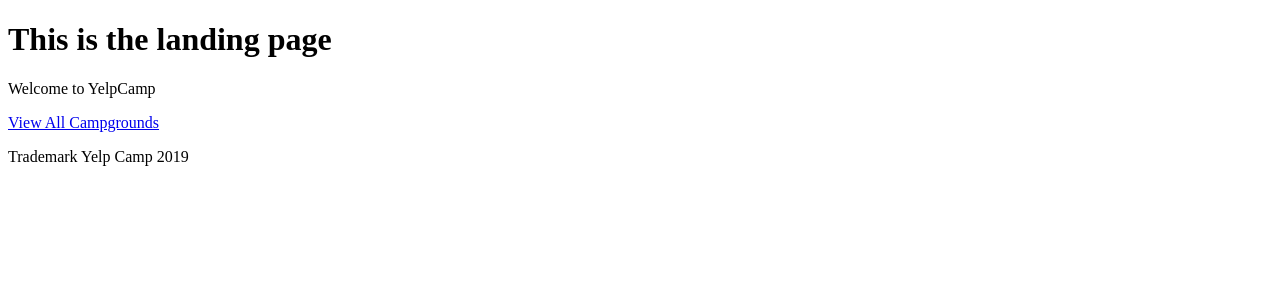
Repository: DrewGaard/Web-Developer-Bootcamp
Page: http://localhost/
The author's editor kept a record of every edit. The page is drawn from the files as they stood at one moment, then again after the next edit.
The browser window is 1280 px wide. The pictures show the whole page.
The page is served by the project's Node server (YelpCamp/v1/app.js).

Above is the page before.

After the next edit:
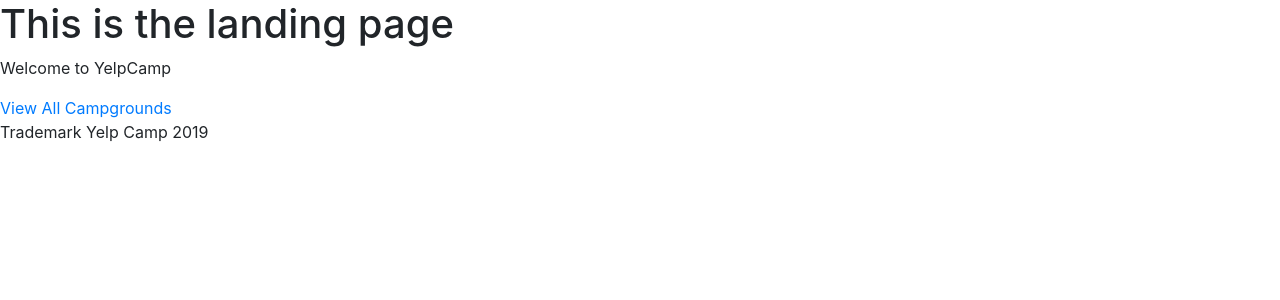
The edit:
--- a/Node JS Backend API ServerSide/webdevbootcamp/workspace/YelpCamp/v1/views/partials/header.ejs
+++ b/Node JS Backend API ServerSide/webdevbootcamp/workspace/YelpCamp/v1/views/partials/header.ejs
@@ -1,6 +1,7 @@
 <!DOCTYPE html>
 <html>
     <head>
-        <title></title>
+        <title>YelpCamp</title>
+        <link rel="stylesheet" href="https://stackpath.bootstrapcdn.com/bootstrap/4.1.3/css/bootstrap.min.css">
     </head>
     <body>
